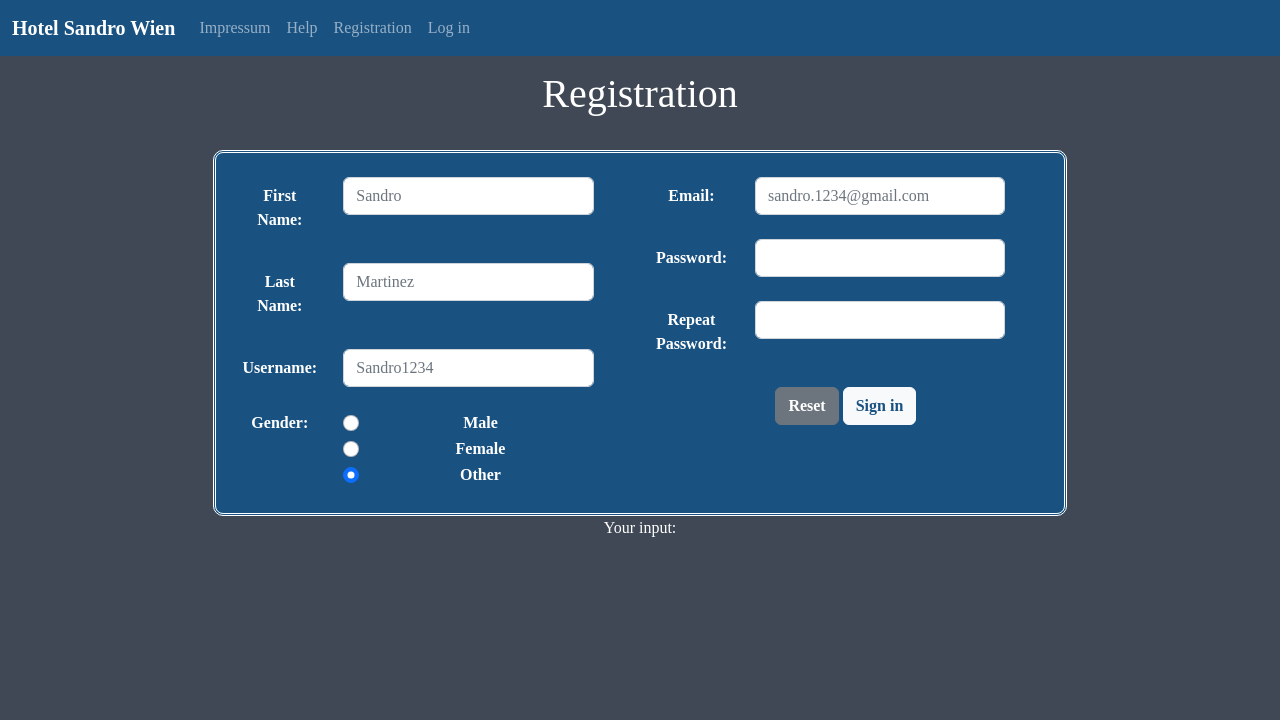
Repository: TIS0N/Hotel_Sandro
Page: http://localhost/pages/registration.php
The author's editor kept a copy of each file at every save. The page is drawn from the files as they stood at one save, then again after the next save.
The browser window is 1280 px wide. The pictures show the whole page.
The page is run by PHP 8.4 with error messages shown; the project is at /var/www/html/.

Above is the page before, as saved 2022-10-12 12:05:25.

### pages/registration.php
<!DOCTYPE html>
<html lang="en">
<head>
    <meta charset="UTF-8">
    <meta http-equiv="X-UA-Compatible" content="IE=edge">
    <meta name="viewport" content="width=device-width, initial-scale=1.0">
    <link href="https://cdn.jsdelivr.net/npm/bootstrap@5.2.2/dist/css/bootstrap.min.css" rel="stylesheet" integrity="sha384-Zenh87qX5JnK2Jl0vWa8Ck2rdkQ2Bzep5IDxbcnCeuOxjzrPF/et3URy9Bv1WTRi" crossorigin="anonymous">
    <script src="https://cdn.jsdelivr.net/npm/bootstrap@5.2.2/dist/js/bootstrap.bundle.min.js" integrity="sha384-OERcA2EqjJCMA+/3y+gxIOqMEjwtxJY7qPCqsdltbNJuaOe923+mo//f6V8Qbsw3" crossorigin="anonymous"></script>
    <link rel="stylesheet" href="../res/css/stylesheet.css"/>
    <title>Hotel Sandro Wien - Sign In</title>
</head>
<body id="body">

<?php
include "../inc/navigation.php";
?>
    <h1>Registration</h1><br>

    <?php
        $fname = $lname = $username = $email = $password = $gender = "";
        $fnameErr = $lnameErr = $usernameErr = $emailErr = $passwordErr = $genderErr = "";

        if ($_SERVER["REQUEST_METHOD"] == "POST"){
            if(empty($_POST["fname"])){
                $nameErr = "First name is required";
            }else{
                $fname = test_input($_POST["fname"]);
            }

            if(empty($_POST["lname"])){
                $lnameErr = "Last name is required";
            }else{
                $lname = test_input($_POST["lname"]);
            }

            if(empty($_POST["username"])){
                $usernameErr = "Username is required";
            }else{
                $username = test_input($_POST["username"]);
            }

            if(empty($_POST["email"])){
                $emailErr = "Email is required";
            }else{
                $email = test_input($_POST["email"]);
            }

            if(empty($_POST["gender"])){
                $genderErr = "Gender is required";
            }else{
                $gender = test_input($_POST["gender"]);
            }
        }

        function test_input($data){
            $data = trim($data);
            $data = stripslashes($data);
            $data = htmlspecialchars($data);
            return $data;
        }
    ?>

    <div id="formular" class="container tex-center col-8">
        <div class="row justify-content-center">
            <div class="container text-center">
                    <div class="row align-items-start">
                        <form action="<?php echo htmlspecialchars($_SERVER["PHP_SELF"]);?>" method="post">
                            <div class="container text-center">
                                <div class="row">
                                    <div class="col">
                                    <br><div class="row mb-4">
                                        <label for="fname" class="col-sm-3 col-form-label"><strong>First Name:</strong></label>
                                        <div class="col-sm-8">
                                            <input type="text" class="form-control" id="fname" name="fname" placeholder="Sandro">
                                        </div>
                                    </div>
                                    <div class="row mb-4">
                                        <label for="lname" class="col-sm-3 col-form-label"><strong>Last Name:</strong></label>
                                        <div class="col-sm-8">
                                            <input type="text" class="form-control" id="lname" name="lname" placeholder="Martinez">
                                        </div>
                                    </div>
                                    <div class="row mb-4">
                                        <label for="username" class="col-sm-3 col-form-label"><strong>Username:</strong></label>
                                        <div class="col-sm-8">
                                            <input type="text" class="form-control" id="username" name="username" placeholder="Sandro1234">
                                        </div>
                                    </div>

                                    <fieldset class="row mb-4">
                                        <legend class="col-form-label col-sm-3 pt-0"><strong>Gender:</strong></legend>
                                        <div class="col-sm-8">
                                        <div class="form-check">
                                            <input class="form-check-input" type="radio" name="gender" id="male" name="gender" value="male" checked>
                                            <label class="form-check-label" for="male"><strong>Male</strong></label>
                                        </div>
                                        <div class="form-check">
                                            <input class="form-check-input" type="radio" name="gender" id="female" name="gender" value="female" checked>
                                            <label class="form-check-label" for="female"><strong>Female</strong></label>
                                        </div>
                                        <div class="form-check">
                                            <input class="form-check-input" type="radio" name="gender" id="other" name="gender" value="other" checked>
                                            <label class="form-check-label" for="other"><strong>Other</strong></label>
                                        </div>
                                    </fieldset>

                                </div>
                                <div class="col">
                                    <br><div class="row mb-4">
                                    <label for="email" class="col-sm-3 col-form-label"><strong>Email:</strong></label>
                                        <div class="col-sm-8">
                                            <input type="email" class="form-control" id="email" name="email" placeholder="sandro.1234@gmail.com">
                                        </div>
                                    </div>
                                    <div class="row mb-4">
                                        <label for="password" class="col-sm-3 col-form-label"><strong>Password:</strong></label>
                                            <div class="col-sm-8">
                                                <input type="password" class="form-control" id="password" name="password">
                                            </div>
                                    </div>
                                    <div class="row mb-4">
                                        <label for="password2" class="col-sm-3 col-form-label"><strong>Repeat Password:</strong></label>
                                        <div class="col-sm-8">
                                            <input type="password" class="form-control" id="password2">
                                        </div>
                                    </div>
                                    <button type="reset" class="btn btn-secondary"><strong>Reset</strong></button>
                                    <button type="submit" class="btn btn-light" style="color: #195181;"><strong>Sign in</strong></button><br><br>
                                    </div>
                                </div>
                            </div>
                        </form>
                    </div>
                </div>
            </div>
        </div>
    </div>


    <?php
        echo "Your input:<br>";
        echo "$fname<br>";
        echo "$lname<br>";
        echo "$username<br>";
        echo "$email<br>";

    ?>




</body>
</html>

### inc/navigation.php
<?php
    if(file_exists("./index.php")){
        $includePath = ".";
    }
    else{
        $includePath = "..";
    }
?>

<div id="navBar">
        <nav class="navbar fixed-top navbar-expand-lg navbar-dark" style="background-color: #195181;">
            <div class="container-fluid">
                <a class="navbar-brand" href= <?php echo "$includePath/index.php"?> style="color: rgb(255, 255, 255);"><strong>Hotel Sandro Wien</strong></a>
                <button class="navbar-toggler" type="button" data-bs-toggle="collapse" data-bs-target="#navbarNav" aria-controls="navbarNav" aria-expanded="false" aria-label="Toggle navigation">
                    <span class="navbar-toggler-icon"></span>
                </button>
                <div class="collapse navbar-collapse" id="navbarNav">
                    <ul class="navbar-nav">
                        <li class="nav-item">
                            <a class="nav-link"href= <?php echo "$includePath/pages/impressum.php"?> class="navbar-brand">Impressum</a>
                        </li>
                        <li class="nav-item">
                            <a class="nav-link" href=<?php echo "$includePath/pages/help.php"?> class="navbar-brand">Help</a>
                        </li>
                        <li class="nav-item">
                            <a class="nav-link" href=<?php echo "$includePath/pages/registration.php"?> class="navbar-brand">Registration</a>
                        </li>
                        <li class="nav-item">
                            <a class="nav-link" href=<?php echo "$includePath/pages/login.php"?> class="navbar-brand">Log in</a>
                        </li>

                    </ul>
                </div>
            </div>
        </nav>
    </div>

### res/css/stylesheet.css
body{
    background-color: rgb(63, 72, 84);
    color: rgb(255, 255, 255);
    padding-top: 70px;
    padding-bottom: 70px;
    text-align: center;
    font-family: cursive;
}

#hotelSandroPhoto{
    width: 600px;
    height: 450px;
}

#formular{
    background-color: #195181;
    border-radius: 10px;
    border-color: rgb(255, 255, 255);
    border-style: double;
}

After the next save:
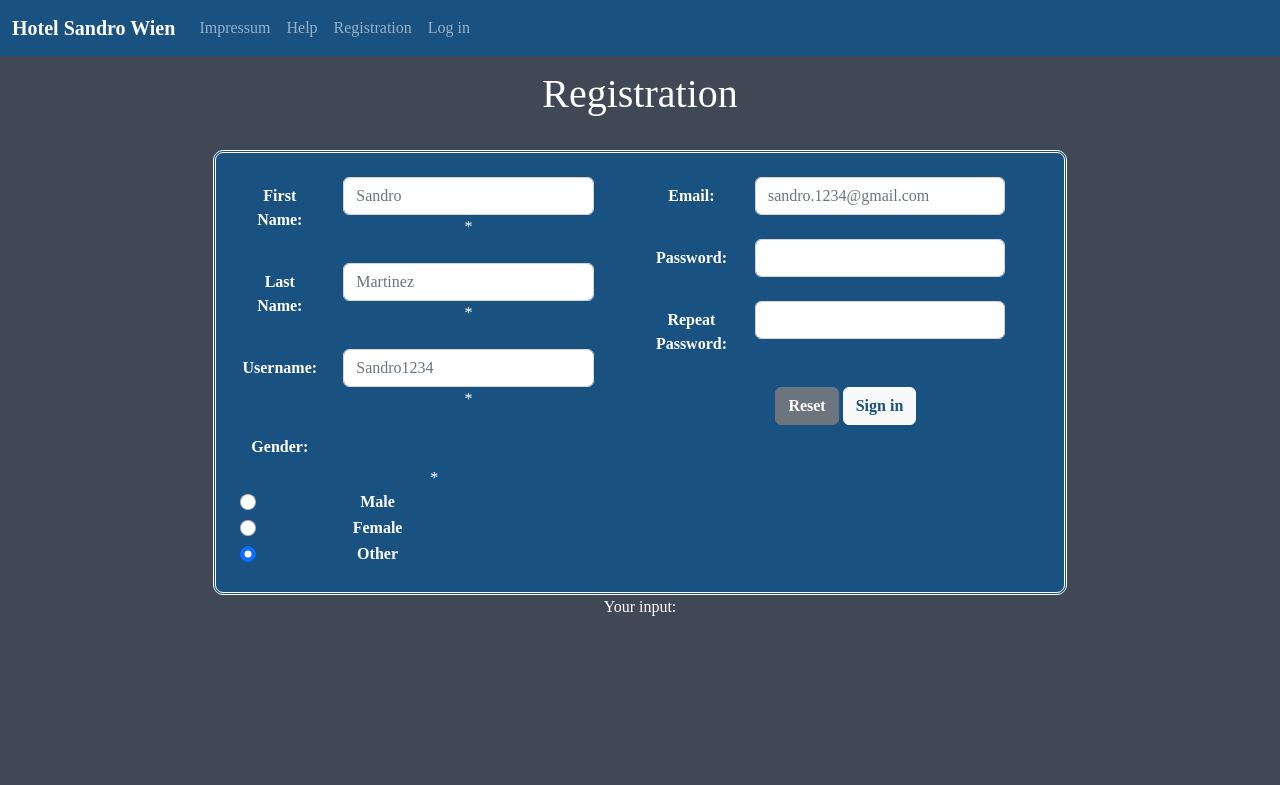
Saved 2 min 30 s later.
--- a/pages/registration.php
+++ b/pages/registration.php
@@ -72,23 +72,27 @@ include "../inc/navigation.php";
                                         <label for="fname" class="col-sm-3 col-form-label"><strong>First Name:</strong></label>
                                         <div class="col-sm-8">
                                             <input type="text" class="form-control" id="fname" name="fname" placeholder="Sandro">
+                                            <span class="error">* <?php echo $fnameErr;?></span>
                                         </div>
                                     </div>
                                     <div class="row mb-4">
                                         <label for="lname" class="col-sm-3 col-form-label"><strong>Last Name:</strong></label>
                                         <div class="col-sm-8">
                                             <input type="text" class="form-control" id="lname" name="lname" placeholder="Martinez">
+                                            <span class="error">* <?php echo $lnameErr;?></span>
                                         </div>
                                     </div>
                                     <div class="row mb-4">
                                         <label for="username" class="col-sm-3 col-form-label"><strong>Username:</strong></label>
                                         <div class="col-sm-8">
                                             <input type="text" class="form-control" id="username" name="username" placeholder="Sandro1234">
+                                            <span class="error">* <?php echo $usernameErr;?></span>
                                         </div>
                                     </div>
 
                                     <fieldset class="row mb-4">
                                         <legend class="col-form-label col-sm-3 pt-0"><strong>Gender:</strong></legend>
+                                        <span class="error">* <?php echo $genderErr;?></span>
                                         <div class="col-sm-8">
                                         <div class="form-check">
                                             <input class="form-check-input" type="radio" name="gender" id="male" name="gender" value="male" checked>
